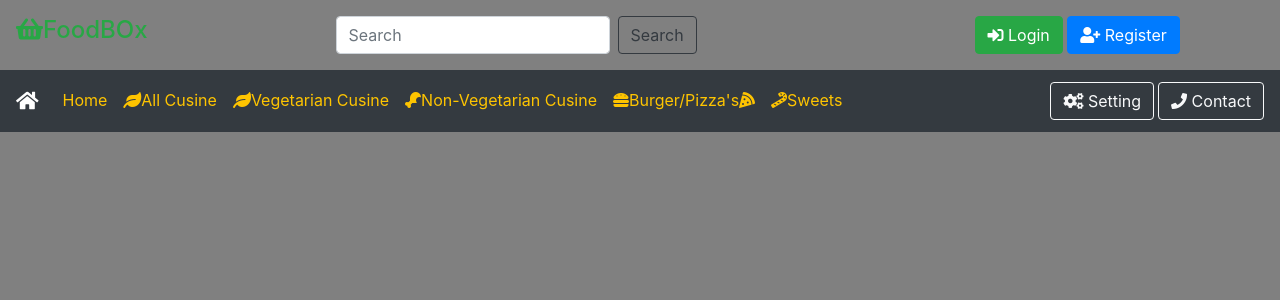
Repository: debjaniprofessional32/Capstone-Final-FoodBox-Delivery-Project
Page: http://localhost/OnlinFoodBOX/helpcenter.jsp
An editor plug-in stored every save of this project. The page is shown before and after the next save, followed by the edit.
The browser window is 1280 px wide. The pictures show the whole page.
Some web libraries are served in a nearby version. The page is served by Tomcat 9.

Above is the page before, as saved 2022-12-23 12:50:35.

After the next save:
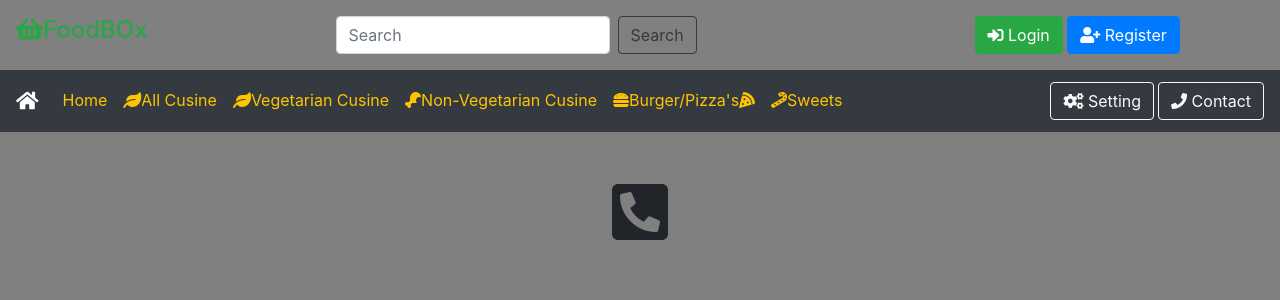
Saved 84 s later.
--- a/OnlinFoodBOX/src/main/webapp/helpcenter.jsp
+++ b/OnlinFoodBOX/src/main/webapp/helpcenter.jsp
@@ -10,6 +10,7 @@
 <body>
 <%@include file="all_Component/navbar.jsp"%>
 <div class="d-flex justify-content-center p-5">
+<i class="fas fa-phone-square-alt fa-4x"></i>
 
 
 </div>
